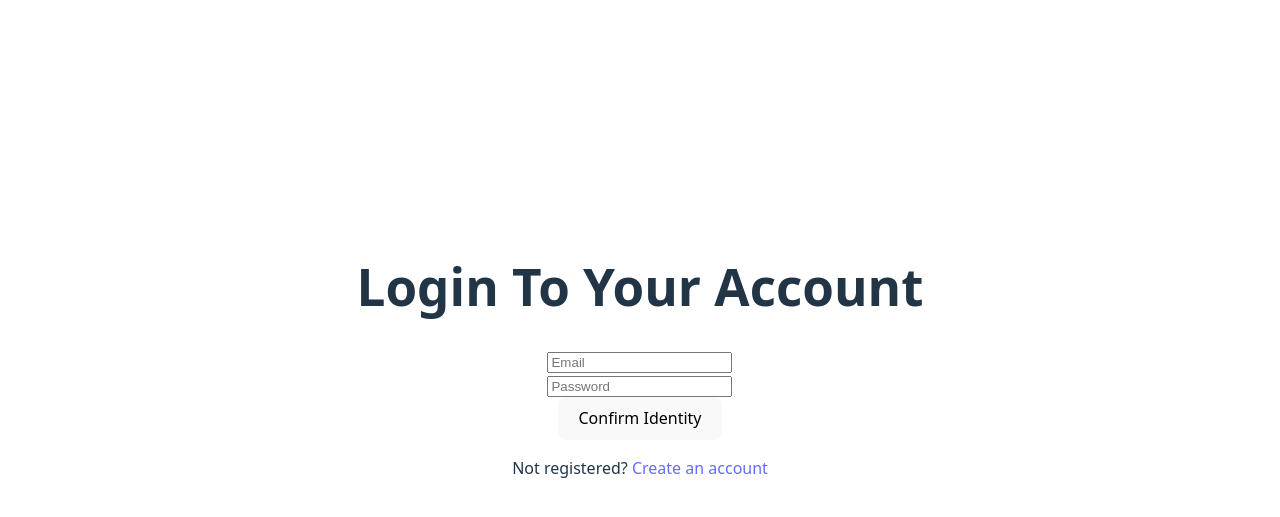
Repository: revathithiruvasagan/cuic26
Page: / (app in testapp/)
An editor plug-in stored every save of this project. The page is shown before and after the next save, followed by the edit.
The browser window is 1280 px wide. The pictures show the whole page.
The project was rebuilt for these pictures with package versions that can differ from the ones it lists, and the page was loaded fresh each time. Also part of the build but not shown: testapp/vite.config.js.

Above is the page before, as saved 2025-05-30 20:50:42.

After the next save:
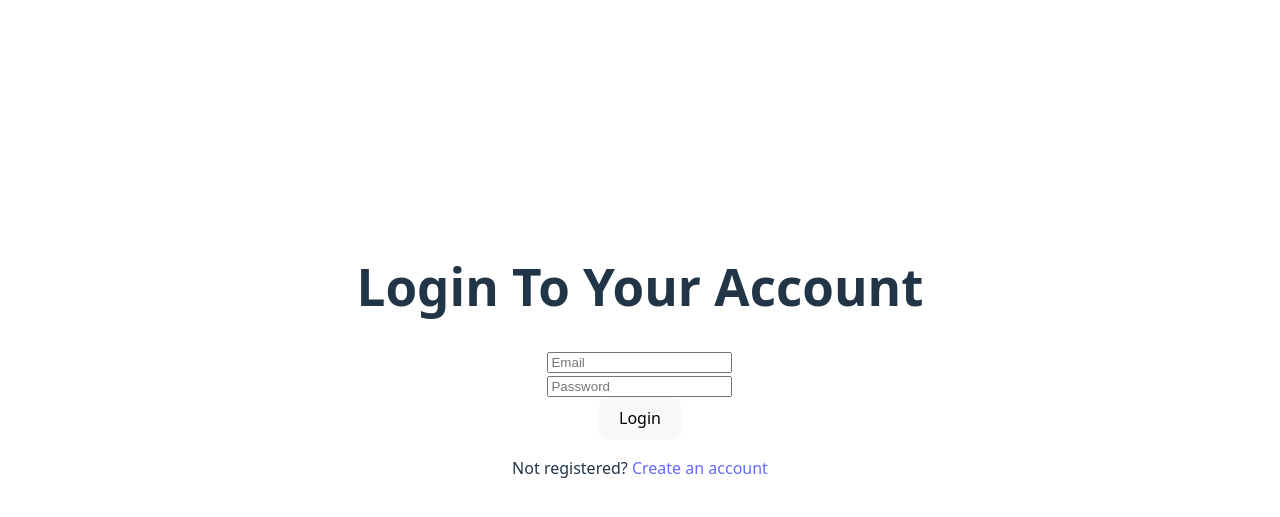
Saved 24 s later.
--- a/testapp/src/components/Login.jsx
+++ b/testapp/src/components/Login.jsx
@@ -1,10 +1,10 @@
-import { useState } from 'react';
-import { loginUser, validateEmail } from '../utils/auth';
+import { useState } from "react";
+import { loginUser, validateEmail } from "../utils/auth";
 
 const Login = () => {
   const [formData, setFormData] = useState({
-    email: '',
-    password: ''
+    email: "",
+    password: "",
   });
   const [errors, setErrors] = useState({});
   const [message, setMessage] = useState(null);
@@ -12,16 +12,15 @@ const Login = () => {
 
   const handleChange = (e) => {
     const { name, value } = e.target;
-    setFormData(prev => ({
+    setFormData((prev) => ({
       ...prev,
-      [name]: value
+      [name]: value,
     }));
 
-
     if (errors[name]) {
-      setErrors(prev => ({
+      setErrors((prev) => ({
         ...prev,
-        [name]: ''
+        [name]: "",
       }));
     }
   };
@@ -29,17 +28,16 @@ const Login = () => {
   const handleBlur = (e) => {
     const { name, value } = e.target;
 
-    if (name === 'email' && value && !validateEmail(value)) {
-      setErrors(prev => ({
+    if (name === "email" && value && !validateEmail(value)) {
+      setErrors((prev) => ({
         ...prev,
-        email: 'Please enter a valid email address'
+        email: "Please enter a valid email address",
       }));
     }
   };
 
   const handleSubmit = async (e) => {
     e.preventDefault();
-
 
     setErrors({});
     setMessage(null);
@@ -48,15 +46,15 @@ const Login = () => {
     const newErrors = {};
 
     if (!formData.email) {
-      newErrors.email = 'Email is required';
+      newErrors.email = "Email is required";
     } else if (!validateEmail(formData.email)) {
-      newErrors.email = 'Please enter a valid email address';
+      newErrors.email = "Please enter a valid email address";
     }
 
     if (!formData.password) {
-      newErrors.password = 'Password is required';
+      newErrors.password = "Password is required";
     } else if (formData.password.length < 6) {
-      newErrors.password = 'Password must be at least 6 characters';
+      newErrors.password = "Password must be at least 6 characters";
     }
 
     if (Object.keys(newErrors).length > 0) {
@@ -67,19 +65,18 @@ const Login = () => {
     setLoading(true);
 
     try {
-
       const result = await loginUser(formData);
 
       if (result.success) {
-        setMessage({ type: 'success', text: result.message });
+        setMessage({ type: "success", text: result.message });
 
-        setFormData({ email: '', password: '' });
+        setFormData({ email: "", password: "" });
       } else {
-        setMessage({ type: 'error', text: result.message });
+        setMessage({ type: "error", text: result.message });
       }
     } catch (error) {
-      console.error('Login error:', error);
-      setMessage({ type: 'error', text: 'An error occurred during login' });
+      console.error("Login error:", error);
+      setMessage({ type: "error", text: "An error occurred during login" });
     } finally {
       setLoading(false);
     }
@@ -104,12 +101,15 @@ const Login = () => {
               value={formData.email}
               onChange={handleChange}
               onBlur={handleBlur}
-              className={`form-control ${errors.email ? 'error' : ''}`}
+              className={`form-control ${errors.email ? "error" : ""}`}
               placeholder="Email"
               required
             />
             {errors.email && (
-              <div className="alert error" style={{ marginTop: '0.5rem', marginBottom: 0 }}>
+              <div
+                className="alert error"
+                style={{ marginTop: "0.5rem", marginBottom: 0 }}
+              >
                 {errors.email}
               </div>
             )}
@@ -121,30 +121,34 @@ const Login = () => {
               name="password"
               value={formData.password}
               onChange={handleChange}
-              className={`form-control ${errors.password ? 'error' : ''}`}
+              className={`form-control ${errors.password ? "error" : ""}`}
               placeholder="Password"
               required
             />
             {errors.password && (
-              <div className="alert error" style={{ marginTop: '0.5rem', marginBottom: 0 }}>
+              <div
+                className="alert error"
+                style={{ marginTop: "0.5rem", marginBottom: 0 }}
+              >
                 {errors.password}
               </div>
             )}
           </div>
 
           <div className="form-group">
-            <button
-              type="submit"
-              className="login-btn"
-              disabled={loading}
-            >
+            <button type="submit" className="login-btn" disabled={loading}>
               {loading && <span className="spinner"></span>}
-              {loading ? 'Signing In...' : 'Confirm Identity'}
+              {loading ? "Signing In..." : "Login"}
             </button>
           </div>
 
           <div className="signup-message">
-            <p>Not registered? <a href="#signup" className="signup-link">Create an account</a></p>
+            <p>
+              Not registered?{" "}
+              <a href="#signup" className="signup-link">
+                Create an account
+              </a>
+            </p>
           </div>
         </form>
       </div>
